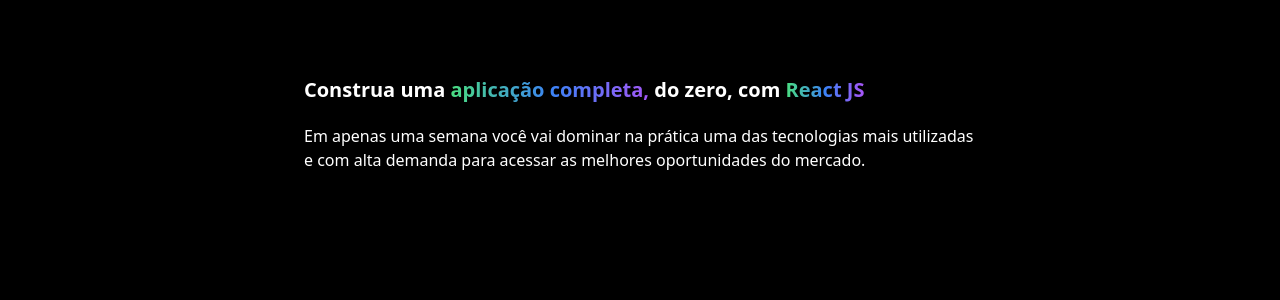
Repository: LuisSempre/Ignite-Lab---ReactJs-2022
Page: /
An editor plug-in stored every save of this project. The page is shown before and after the next save, followed by the edit.
The browser window is 1280 px wide. The pictures show the whole page.
The project was rebuilt for these pictures with package versions that can differ from the ones it lists, and the page was loaded fresh each time. Also part of the build but not shown: vite.config.ts, components/Header.tsx, components/Lesson.tsx, components/Sidebar.tsx, pages/Event.tsx. Imported but missing from the stored project, and not drawn on this page: components/Video.

Above is the page before, as saved 2022-06-24 23:40:50.

### index.html
<!DOCTYPE html>
<html lang="en">
  <head>
    <meta charset="UTF-8" />
    <link rel="icon" type="image/svg+xml" href="/src/icon.png" />
    <meta name="viewport" content="width=device-width, initial-scale=1.0" />
    <title>Vite App</title>
  </head>
  <body>
    <div id="root"></div>
    <script type="module" src="/src/main.tsx"></script>
  </body>
</html>

### src/main.tsx
import React from 'react'
import ReactDOM from 'react-dom/client'
import App from './App'
import './index.css'

ReactDOM.createRoot(document.getElementById('root')!).render(
  <React.StrictMode>
      <App />
  </React.StrictMode>
)

### src/App.tsx
import { ApolloProvider, gql, useQuery } from "@apollo/client"
import { Router } from "../Router"
import { client } from '../lib/apollo'
import { BrowserRouter } from "react-router-dom"

function App() {
  return (
    <ApolloProvider client={client}>
      <BrowserRouter>
        <Router />
      </BrowserRouter>
    </ApolloProvider>
  )
}

export default App

### Router.tsx
import { Route, Routes } from "react-router-dom";
import { Event } from './pages/Event'
import { Subscribe } from './pages/Subscribe'
export function Router() {
    return(
      <Routes>
           <Route path="/" element={<Subscribe />}/>
           <Route path="/event" element={<Event />}/>
           <Route path="/event/lesson/:slug" element={<Event />}/>
      </Routes>
    )
}

### lib/apollo.ts
import { ApolloClient, InMemoryCache } from "@apollo/client";

export const client = new ApolloClient({
  uri: 'https://api-sa-east-1.graphcms.com/v2/cl4n4k5w68h3x01yra00r5rzf/master',
  cache: new InMemoryCache(),
})

### pages/Subscribe.tsx
export function Subscribe() {

    return (
        <div className='flex flex-col items-center min-h-screen'>
            <div className="flex items-center justify-between max-w-6xl mx-auto mt-20">
                <div className="max-w-2xl">
                    <h1 className="mb-6 text-xl font-extrabold leading-none tracking-normal">
                        Construa uma&nbsp;
                         <span className="block w-full text-transparent bg-clip-text bg-gradient-to-r from-green-400 via-blue-500 to-purple-500 lg:inline">
                            aplicação completa,&nbsp;
                        </span>
                        do zero, com&nbsp;
                         <span className="block w-full text-transparent bg-clip-text bg-gradient-to-r from-green-400 via-blue-500 to-purple-500 lg:inline">
                             React JS
                        </span>
                    </h1>
                    <p>
                        Em apenas uma semana você vai dominar na prática uma das tecnologias mais utilizadas e com alta demanda para acessar as melhores oportunidades do mercado.
                    </p>
                </div>
            </div>
        </div>
    )
}

Loaded but not shown: src/index.css (common file); tailwind.config.js (common file)

After the next save:
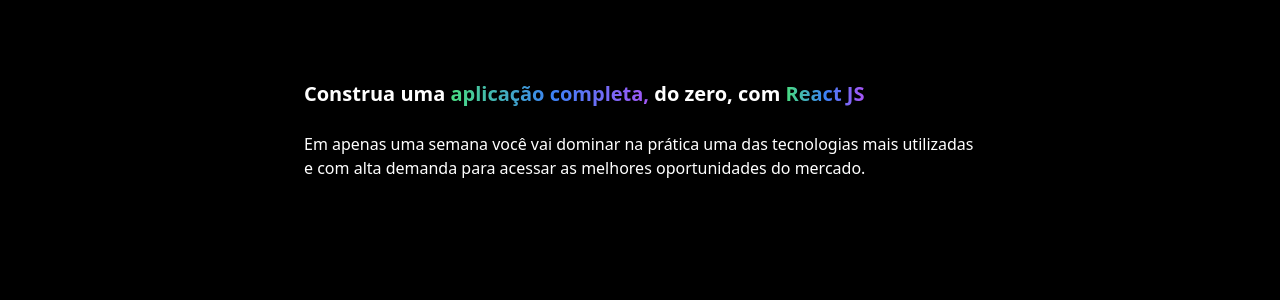
Saved 4 s later.
--- a/pages/Subscribe.tsx
+++ b/pages/Subscribe.tsx
@@ -4,7 +4,7 @@
         <div className='flex flex-col items-center min-h-screen'>
             <div className="flex items-center justify-between max-w-6xl mx-auto mt-20">
                 <div className="max-w-2xl">
-                    <h1 className="mb-6 text-xl font-extrabold leading-none tracking-normal">
+                    <h1 className="mb-6 text-xl font-extrabold">
                         Construa uma&nbsp;
                          <span className="block w-full text-transparent bg-clip-text bg-gradient-to-r from-green-400 via-blue-500 to-purple-500 lg:inline">
                             aplicação completa,&nbsp;
